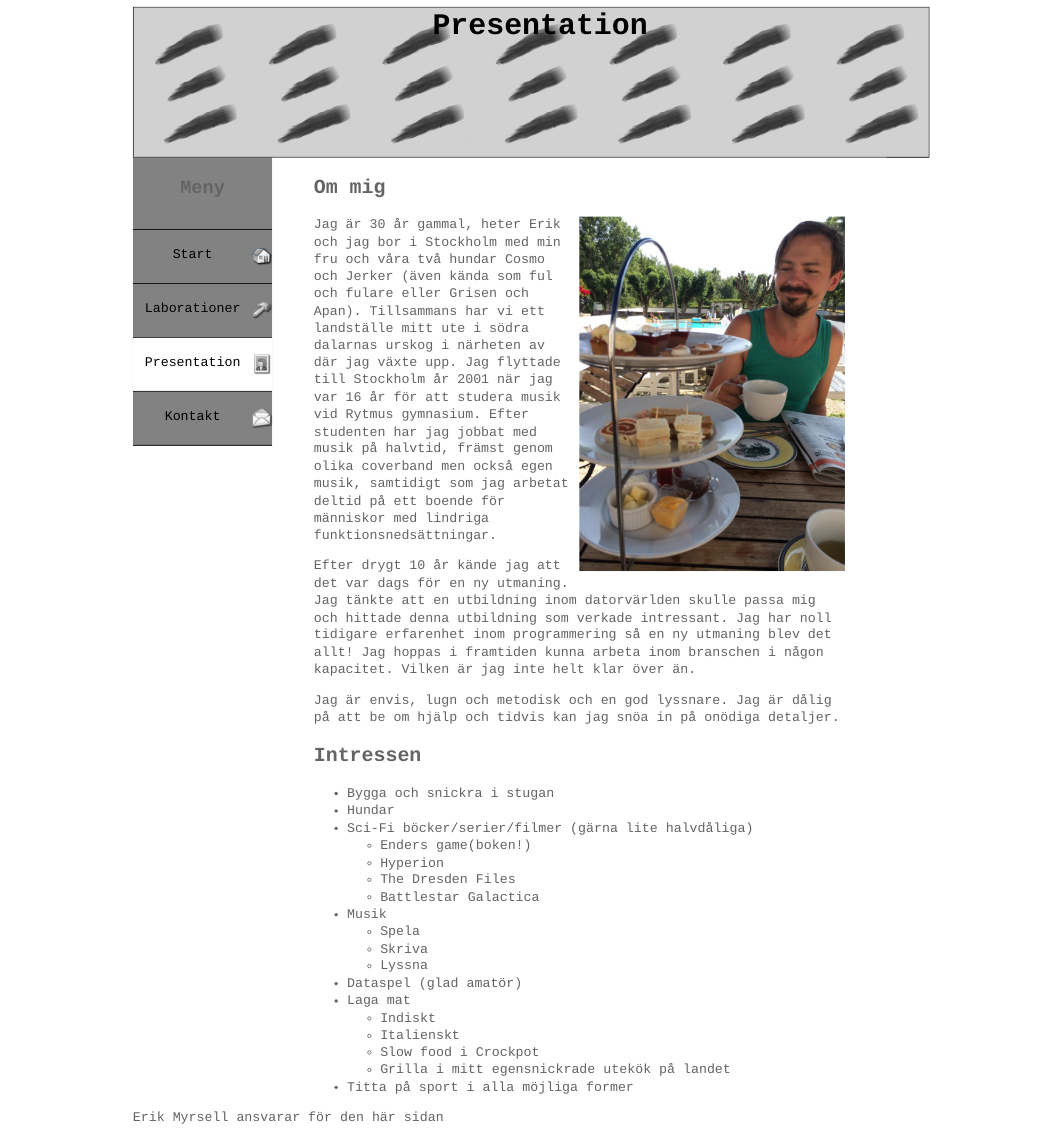
Repository: em222mt/1IK415_em222mt
Page: pages/presentation.html
The author's editor kept a record of every edit. The page is drawn from the files as they stood at one moment, then again after the next edit.
The browser window is 1280 px wide. The pictures show the whole page, at 83% of full size.

Above is the page before.

After the next edit:
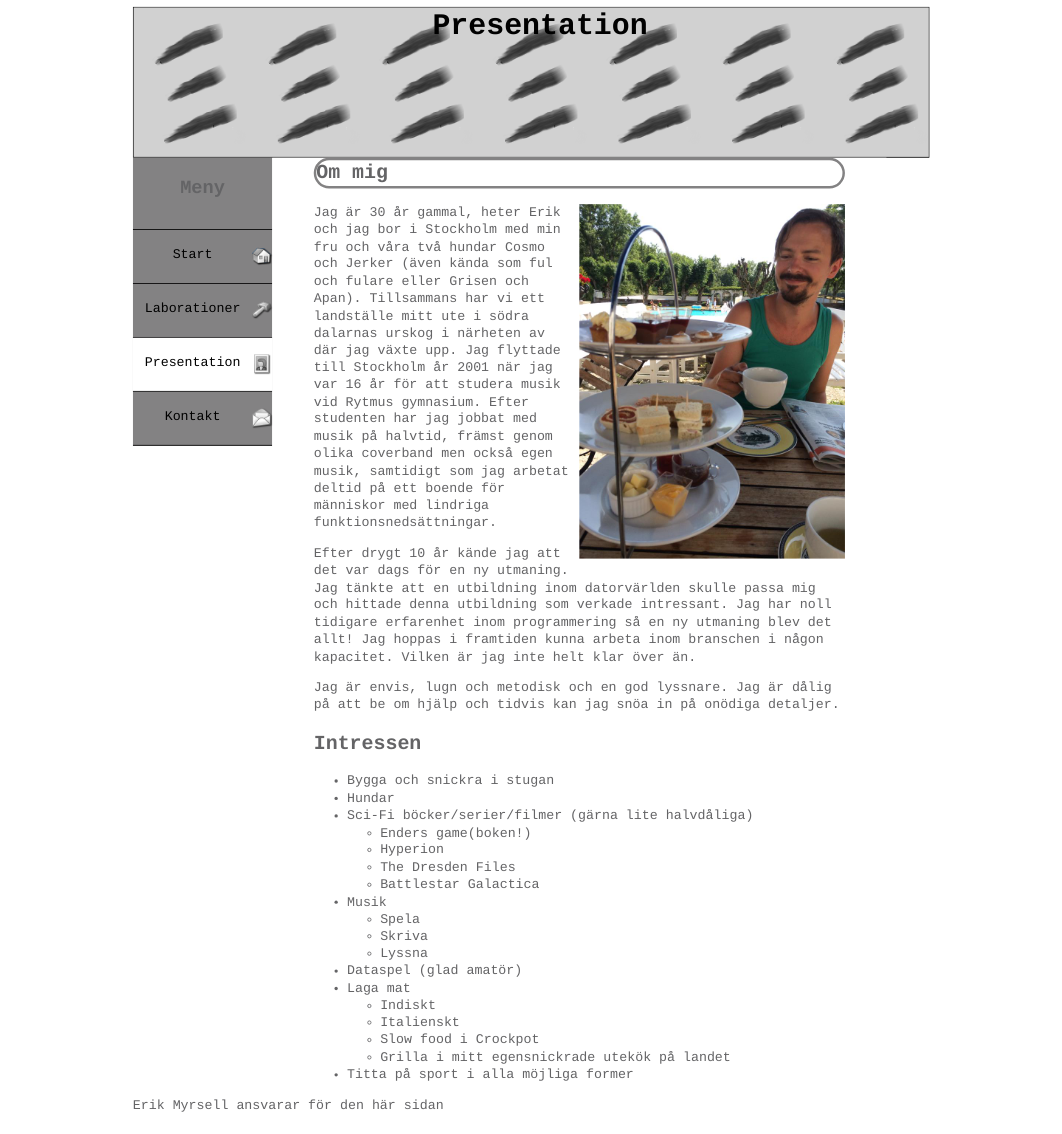
The edit:
--- a/pages/presentation.html
+++ b/pages/presentation.html
@@ -51,7 +51,8 @@
 
             <main>
 
-            <h2>Om mig</h2>
+            <header>
+                <h2>Om mig</h2>
             </header>
             <article>
 
